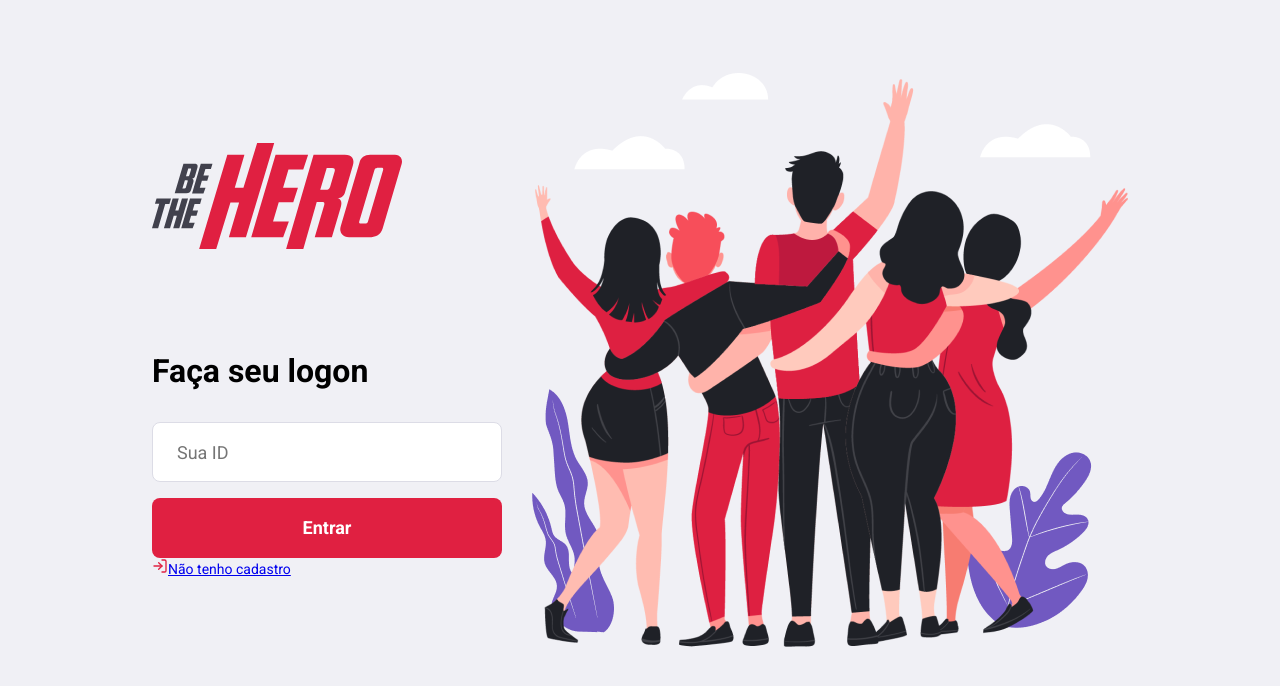
Repository: leandrohv/omnistack11-be-the-hero
Page: /register (app in frontend/)
The author's editor kept a copy of each file at every save. The page is drawn from the files as they stood at one save, then again after the next save.
The browser window is 1280 px wide. The pictures show the whole page.
The project was rebuilt for these pictures with package versions that can differ from the ones it lists, and the page was loaded fresh each time.

Above is the page before, as saved 2020-03-26 00:18:48.

### frontend/src/App.js
import React from 'react';

import './global.css';

import Logon from './pages/Logon';

function App() {
  return (
      <Logon />
  );
}

export default App;

### frontend/src/global.css
@import url('https://fonts.googleapis.com/css?family=Roboto:400,500,700&display=swap');

* {
    margin: 0;
    padding: 0;
    outline: 0;
    box-sizing: border-box;
}

body {
    font: 400 14px Roboto, sans-serif;
    background: #f0f0f5;
    -webkit-font-smoothing: antialiased;
}

input, button, textarea {
    font: 400 18px Roboto, sans-serif;
}

button {
    cursor: pointer;
}

form input {
    width: 100%;
    height: 60px;
    color: #333333;
    border: 1px solid #dcdce6;
    border-radius: 8px;
    padding: 0 24px;
}

.button {
    width: 100%;
    height: 60px;
    background: #e02041;
    border: 0;
    border-radius: 8px;
    color: #fff;
    font-weight: 700;
    margin-top: 16px;
    display: inline-block;
    text-align: center;
    text-decoration: none;
    font-size: 18px;
    line-height: 60px;
    transition: filter 0.2s;
}

.button:hover {
    filter: brightness(90%);
}

### frontend/src/pages/Logon/index.js
import React from 'react';
import { FiLogIn } from 'react-icons/fi';

import './styles.css';

import logoImg from '../../assets/logo.svg';
import heroesImg from '../../assets/heroes.png';

export default function Logon() {
    return (
        <div className="logon-container">
            <section className="form">
                <img src={logoImg} alt="Be The Hero" />

                <form>
                    <h1>Faça seu logon</h1>

                    <input placeholder="Sua ID" />
                    <button className="button" type="submit" >Entrar</button>

                    <a href="/register">
                        <FiLogIn size={16} color="#E02041" />
                        Não tenho cadastro
                    </a>
                </form>
            </section>
            <img src={heroesImg} alt="Heroes" />
        </div>
    );
}

### frontend/src/pages/Logon/styles.css
.logon-container {
    width: 100%;
    max-width: 1120px;
    height: 100vh;
    margin: 0 auto;

    display: flex;
    align-items: center;
    justify-content: center;
}

.logon-container section.form {
    width: 100%;
    max-width: 350px;
    margin-right: 30px;
}

.logon-container section.form form {
    margin-top: 100px;
}

.logon-container section.form form h1 {
    font-size: 32px;
    margin-bottom: 32px;
}

Loaded but not shown: frontend/public/index.html (common file); frontend/src/index.js (common file)

After the next save:
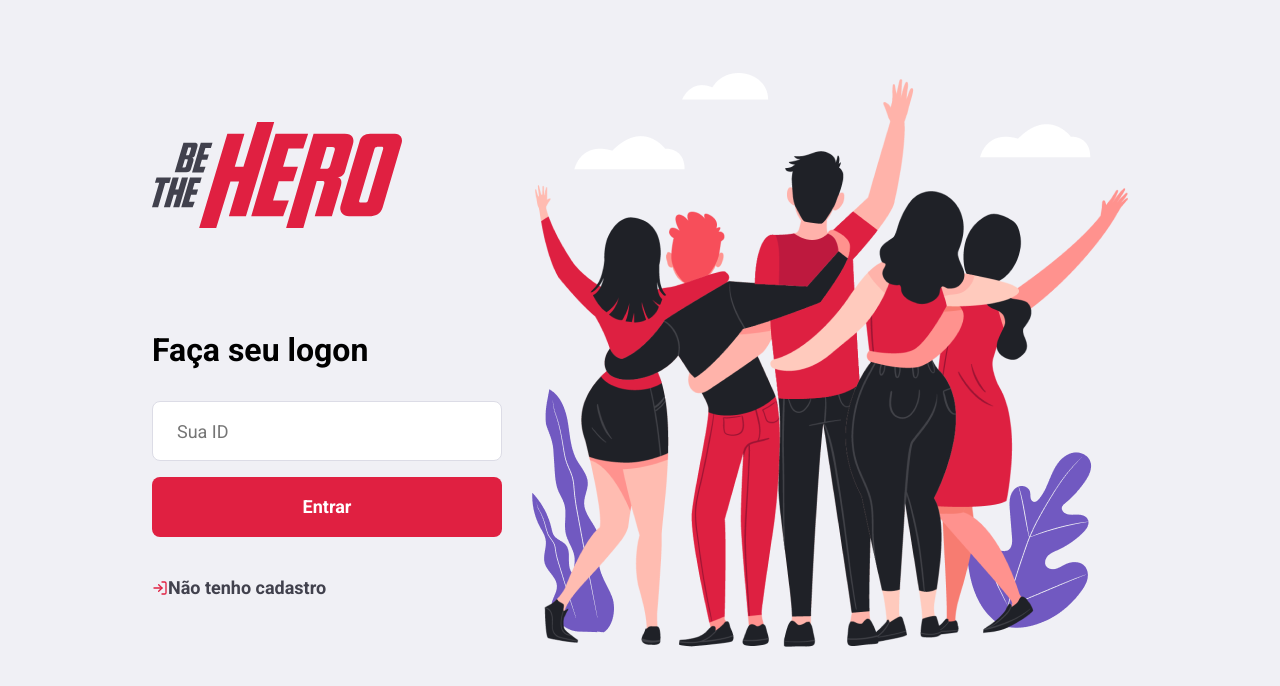
Saved 2 min 10 s later.
--- a/frontend/src/pages/Logon/styles.css
+++ b/frontend/src/pages/Logon/styles.css
@@ -23,3 +23,14 @@
     font-size: 32px;
     margin-bottom: 32px;
 }
+
+.logon-container section.form form a {
+    display: flex;
+    align-items: center;
+    margin-top: 40px;
+    color: #41414d;
+    font-size: 18px;
+    text-decoration: none;
+    font-weight: bold;
+    transition: opacity 0.2s;
+}
